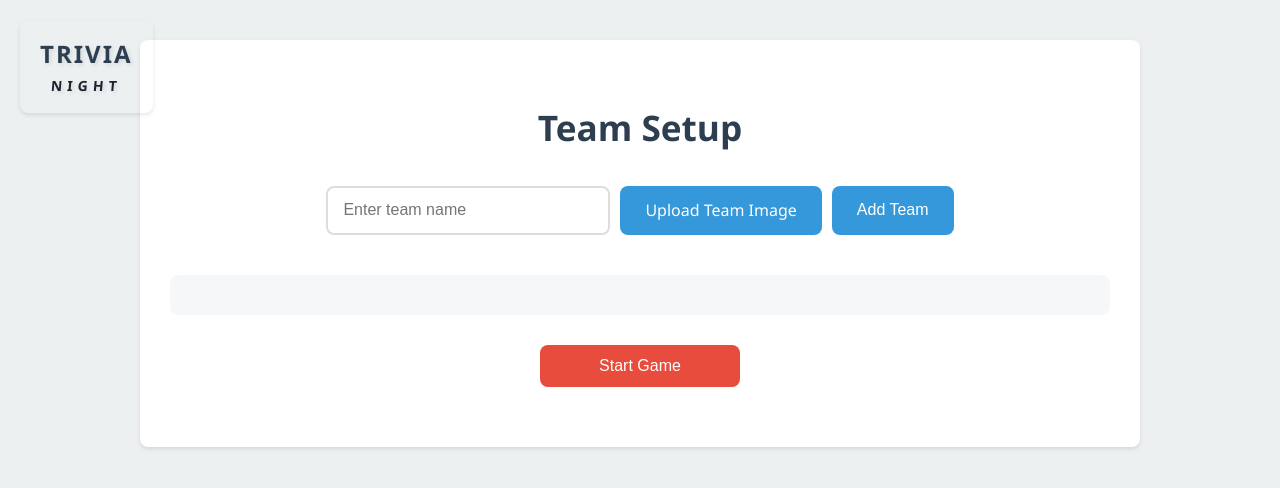
Repository: oscarfco/oscarfco.github.io
Page: projects/trivia_night/index.html
These files come from the project's save history. The page is drawn as it stood at one moment and after the next save; the edit follows.
The browser window is 1280 px wide. The pictures show the whole page.

Above is the page before, as saved 2025-01-26 00:54:21.

After the next save:
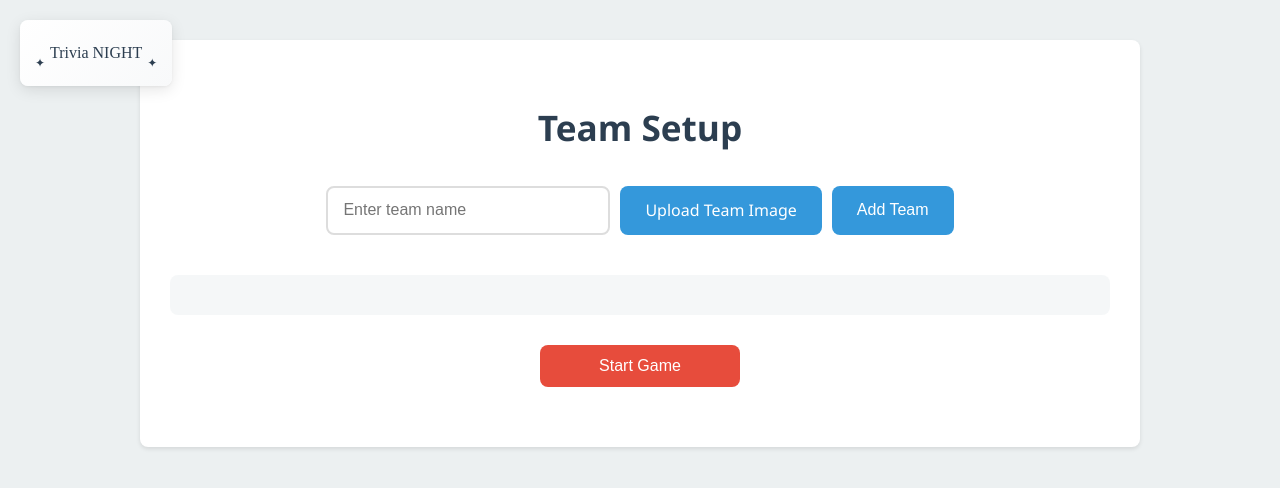
Saved 2 min 47 s later.
--- a/projects/trivia_night/index.html
+++ b/projects/trivia_night/index.html
@@ -718,33 +718,60 @@
             position: absolute;
             top: 20px;
             left: 20px;
-            font-family: 'Segoe UI', Tahoma, Geneva, Verdana, sans-serif;
-            font-size: 24px;
-            font-weight: bold;
+            font-family: 'Playfair Display', serif; /* More elegant font */
+            background: linear-gradient(135deg, #ffffff 0%, #f8f9fa 100%);
+            padding: 20px 30px;
+            border-radius: 8px;
+            box-shadow:
+                0 4px 15px rgba(0,0,0,0.1),
+                0 1px 3px rgba(0,0,0,0.05);
+            text-align: center;
+            z-index: 2;
+        }
+
+        .logo-main {
+            font-size: 32px;
+            font-weight: 700;
+            letter-spacing: 4px;
+            color: #2c3e50;
+            margin-bottom: 5px;
             text-transform: uppercase;
-            letter-spacing: 2px;
-            text-shadow: 2px 2px 4px rgba(0,0,0,0.1);
-            padding: 15px 20px;
-            border-radius: var(--border-radius);
-            box-shadow: var(--shadow);
-            z-index: 2;
-        }
-
-        .logo * {
-            position: relative;
-            z-index: 1;
-            color: var(--primary-color);
-            text-shadow: 2px 2px 4px rgba(0,0,0,0.1);
-            transform: skew(-5deg);
-        }
-
-        .logo span {
-            display: block;
+            border-bottom: 2px solid #gold;
+            padding-bottom: 5px;
+        }
+
+        .logo-night {
+            font-size: 18px;
+            letter-spacing: 8px;
+            color: #34495e;
+            margin: 5px 0;
+        }
+
+        .logo-address {
             font-size: 14px;
-            letter-spacing: 5px;
-            text-align: center;
-            margin-top: 2px;
-            color: #1a252f;  /* Darker color for NIGHT */
+            font-family: 'Cormorant Garamond', serif; /* Elegant secondary font */
+            color: #666;
+            margin-top: 8px;
+            letter-spacing: 1px;
+            font-style: italic;
+        }
+
+        /* Add decorative elements */
+        .logo::before,
+        .logo::after {
+            content: '✦';
+            color: #gold;
+            font-size: 12px;
+            position: absolute;
+            bottom: 12px;
+        }
+
+        .logo::before {
+            left: 15px;
+        }
+
+        .logo::after {
+            right: 15px;
         }
 
         .stopwatch-container {
